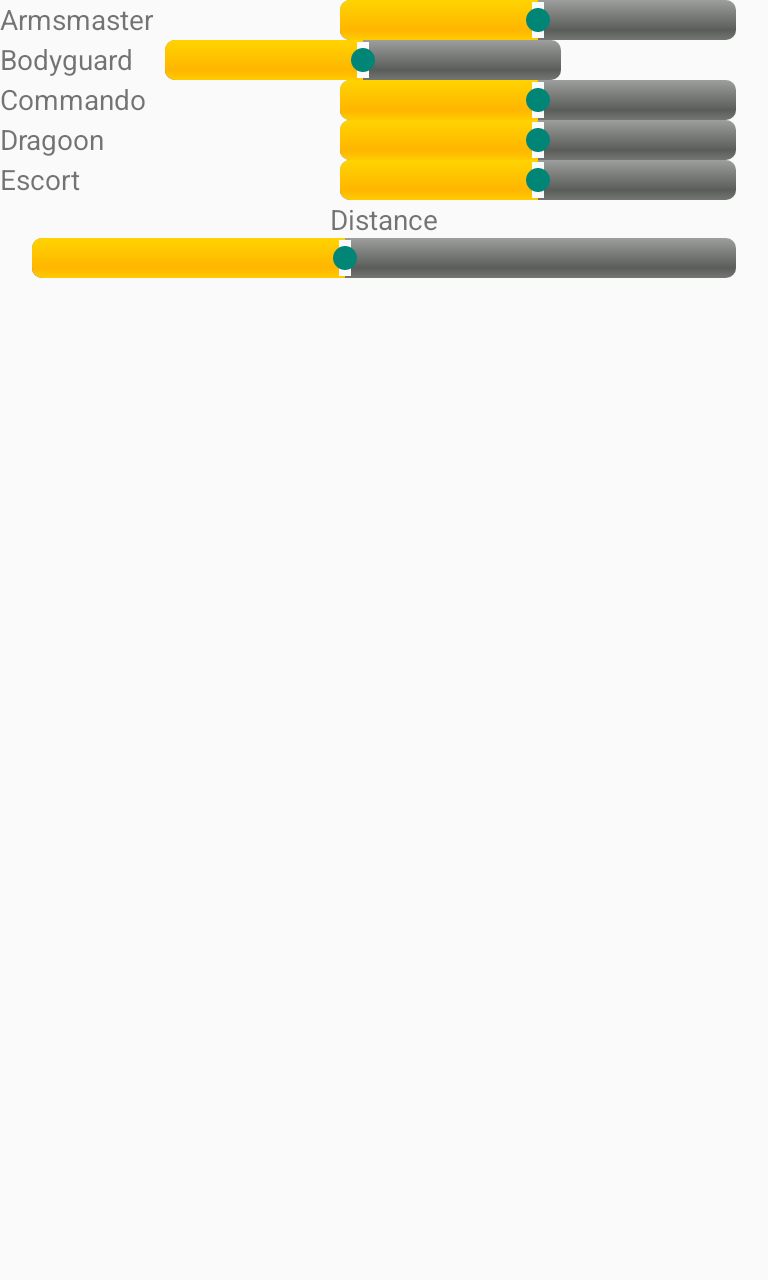
Repository: bryanpope/TARR
Layout: workspace/helloworld/res/layout/activity_hello_world.xml
The author's editor kept a copy of each file at every save. The layout is drawn from the files as they stood at one save, then again after the next save.
It is drawn on a 768 x 1280 px phone screen (xhdpi) without system bars, with theme AppTheme; the app's code is not run.

Above is the layout before, as saved 2014-06-01 22:20:30.

### workspace/helloworld/res/layout/activity_hello_world.xml
<LinearLayout xmlns:android="http://schemas.android.com/apk/res/android"
              android:layout_width="fill_parent"
              android:layout_height="fill_parent"
              android:orientation="vertical" >

	<LinearLayout
	    android:layout_width="fill_parent"
	    android:layout_height="wrap_content"
	    android:orientation="horizontal" >

	    <TextView android:id="@+id/textAttackArmsmaster"
              android:layout_width="wrap_content"
              android:layout_height="wrap_content"
		      android:layout_weight="0.90"
              android:text="Armsmaster" />
	    <SeekBar
	        android:id="@+id/seekBarAttackArmsmaster"
	        style="@android:style/Widget.ProgressBar.Horizontal"
	        android:layout_width="230dp"
	        android:layout_height="wrap_content"
	        android:max="50"
	        android:progress="25"
	        android:secondaryProgress="0" />
    </LinearLayout>
	<LinearLayout
              android:layout_width="wrap_content"
              android:layout_height="wrap_content"
              android:orientation="horizontal" >

    	<TextView android:id="@+id/textAttackBodyguard"
              android:layout_width="wrap_content"
              android:layout_height="wrap_content"
		      android:layout_weight="0.90"
              android:text="Bodyguard" />
	    <SeekBar
	        android:id="@+id/seekBarAttackBodyguard"
	        style="@android:style/Widget.ProgressBar.Horizontal"
	        android:layout_width="230dp"
	        android:layout_height="wrap_content"
	        android:max="50"
	        android:progress="25"
	        android:secondaryProgress="0" />
    </LinearLayout>
	<LinearLayout
              android:layout_width="fill_parent"
              android:layout_height="wrap_content"
              android:orientation="horizontal" >

    <TextView android:id="@+id/textAttackCommando"
              android:layout_width="wrap_content"
              android:layout_height="wrap_content"
		      android:layout_weight="0.90"
              android:text="Commando" />
	    <SeekBar
	        android:id="@+id/seekBarAttackCommando"
	        style="@android:style/Widget.ProgressBar.Horizontal"
	        android:layout_width="230dp"
	        android:layout_height="wrap_content"
	        android:max="50"
	        android:progress="25"
	        android:secondaryProgress="0" />
    </LinearLayout>
	<LinearLayout
              android:layout_width="fill_parent"
              android:layout_height="wrap_content"
              android:orientation="horizontal" >

    <TextView android:id="@+id/textAttackDragoon"
              android:layout_width="wrap_content"
              android:layout_height="wrap_content"
		      android:layout_weight="0.90"
              android:text="Dragoon" />
	    <SeekBar
	        android:id="@+id/seekBarAttackDragoon"
	        style="@android:style/Widget.ProgressBar.Horizontal"
	        android:layout_width="230dp"
	        android:layout_height="wrap_content"
	        android:max="50"
	        android:progress="25"
	        android:secondaryProgress="0" />
    </LinearLayout>

	<LinearLayout
	    android:layout_width="fill_parent"
	    android:layout_height="wrap_content"
	    android:orientation="horizontal" >

	    <TextView
	        android:id="@+id/textAttackEscort"
	        android:layout_width="wrap_content"
	        android:layout_height="wrap_content"
	        android:layout_weight="0.90"
	        android:text="Escort" />

	    <SeekBar
	        android:id="@+id/seekBarAttackEscort"
	        style="@android:style/Widget.ProgressBar.Horizontal"
	        android:layout_width="230dp"
	        android:layout_height="wrap_content"
	        android:max="50"
	        android:progress="25"
	        android:secondaryProgress="0" />
	</LinearLayout>

	    <TextView
	        android:id="@+id/textDistance"
	        android:layout_width="wrap_content"
	        android:layout_height="wrap_content"
	        android:layout_gravity="center_horizontal"
	        android:text="Distance" />
	    <SeekBar
	        android:id="@+id/seekBarDistance"
	        style="@android:style/Widget.ProgressBar.Horizontal"
	        android:layout_width="fill_parent"
	        android:layout_height="wrap_content"
	        android:max="9"
	        android:progress="4"
	        android:secondaryProgress="0" />

</LinearLayout>

Loaded but not shown: workspace/helloworld/res/values/styles.xml (common file); workspace/helloworld/res/values-v11/styles.xml (common file); workspace/helloworld/res/values-v14/styles.xml (common file)

After the next save:
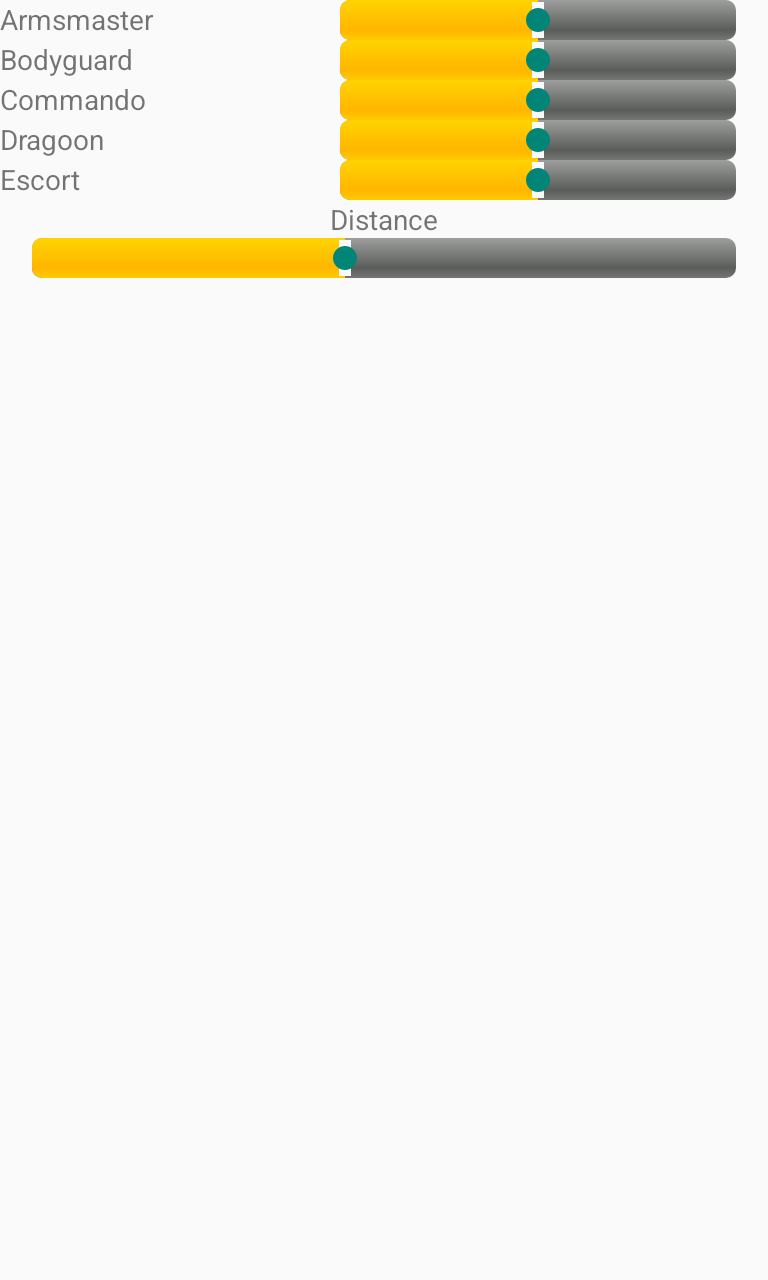
Saved 3 min 17 s later.
--- a/workspace/helloworld/res/layout/activity_hello_world.xml
+++ b/workspace/helloworld/res/layout/activity_hello_world.xml
@@ -23,7 +23,7 @@
 	        android:secondaryProgress="0" />
     </LinearLayout>
 	<LinearLayout
-              android:layout_width="wrap_content"
+              android:layout_width="fill_parent"
               android:layout_height="wrap_content"
               android:orientation="horizontal" >
 
@@ -32,14 +32,16 @@
               android:layout_height="wrap_content"
 		      android:layout_weight="0.90"
               android:text="Bodyguard" />
-	    <SeekBar
-	        android:id="@+id/seekBarAttackBodyguard"
-	        style="@android:style/Widget.ProgressBar.Horizontal"
-	        android:layout_width="230dp"
-	        android:layout_height="wrap_content"
-	        android:max="50"
-	        android:progress="25"
-	        android:secondaryProgress="0" />
+
+    	<SeekBar
+    	    android:id="@+id/seekBarAttackBodyguard"
+    	    style="@android:style/Widget.ProgressBar.Horizontal"
+    	    android:layout_width="230dp"
+    	    android:layout_height="wrap_content"
+    	    android:max="50"
+    	    android:progress="25"
+    	    android:secondaryProgress="0" />
+
     </LinearLayout>
 	<LinearLayout
               android:layout_width="fill_parent"
